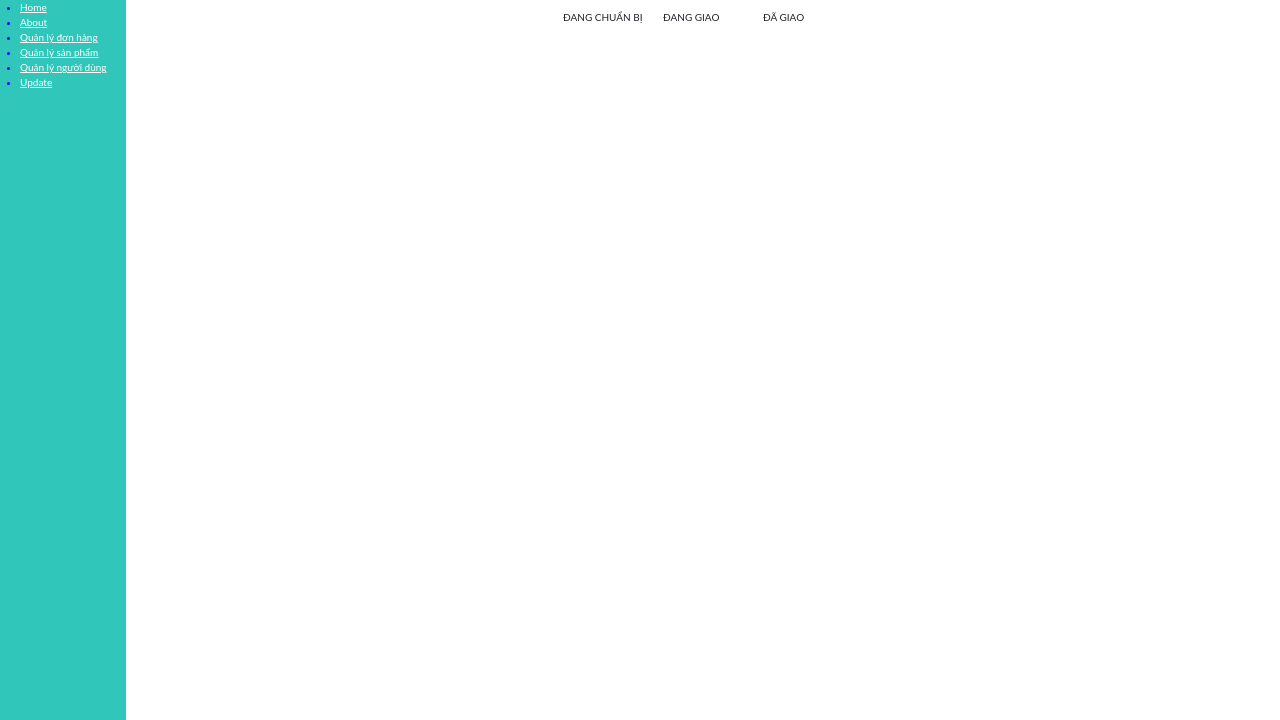
Repository: Hothidani/React
Page: /Order (app in exa/my-react-router-A/)
The author's editor kept a copy of each file at every save. The page is drawn from the files as they stood at one save, then again after the next save.
The browser window is 1280 px wide. The pictures show the whole page.
The project was rebuilt for these pictures with package versions that can differ from the ones it lists, and the page was loaded fresh each time. Also part of the build but not shown: exa/my-react-router-A/src/component/Navigation.js, exa/my-react-router-A/src/component/Home.js, exa/my-react-router-A/src/component/About.js, exa/my-react-router-A/src/component/Service.js, exa/my-react-router-A/src/component/Contact.js, exa/my-react-router-A/src/component/AllProduct.js, exa/my-react-router-A/src/component/Add.js, exa/my-react-router-A/src/QLuser.css and 1 more.

Above is the page before, as saved 2021-05-11 17:38:19.

### exa/my-react-router-A/public/index.html
<!DOCTYPE html>
<html lang="en">
  <head>
    <meta charset="utf-8" />
    <link rel="icon" href="%PUBLIC_URL%/favicon.ico" />
    <meta name="viewport" content="width=device-width, initial-scale=1" />
    <meta name="theme-color" content="#000000" />

    <meta
      name="description"
      content="Web site created using create-react-app"
    />
    <link rel="apple-touch-icon" href="%PUBLIC_URL%/logo192.png" />
    <!--
      manifest.json provides metadata used when your web app is installed on a
      user's mobile device or desktop. See https://developers.google.com/web/fundamentals/web-app-manifest/
    -->
    <link rel="manifest" href="%PUBLIC_URL%/manifest.json" />
    <link href="%PUBLIC_URL%/../../src/index.css">
    <link rel="stylesheet" href="https://maxcdn.bootstrapcdn.com/bootstrap/3.4.1/css/bootstrap.min.css">
    <script src="https://ajax.googleapis.com/ajax/libs/jquery/3.5.1/jquery.min.js"></script>
    <script src="https://maxcdn.bootstrapcdn.com/bootstrap/3.4.1/js/bootstrap.min.js"></script>
    <!--
      Notice the use of %PUBLIC_URL% in the tags above.
      It will be replaced with the URL of the `public` folder during the build.
      Only files inside the `public` folder can be referenced from the HTML.

      Unlike "/favicon.ico" or "favicon.ico", "%PUBLIC_URL%/favicon.ico" will
      work correctly both with client-side routing and a non-root public URL.
      Learn how to configure a non-root public URL by running `npm run build`.
    -->
    <title>React App</title>
  </head>
  <body>
    <noscript>You need to enable JavaScript to run this app.</noscript>
    <div id="root"></div>
    <!--
      This HTML file is a template.
      If you open it directly in the browser, you will see an empty page.

      You can add webfonts, meta tags, or analytics to this file.
      The build step will place the bundled scripts into the <body> tag.

      To begin the development, run `npm start` or `yarn start`.
      To create a production bundle, use `npm run build` or `yarn build`.
    -->
  </body>
</html>

### exa/my-react-router-A/src/index.js
import React from 'react';
import ReactDOM from 'react-dom';
import App from "./App";
// import AddForm from './App';
import reportWebVitals from './reportWebVitals';

ReactDOM.render(
  <React.StrictMode>
    <App></App>
  </React.StrictMode>,
  document.getElementById('root')
);

// If you want to start measuring performance in your app, pass a function
// to log results (for example: reportWebVitals(console.log))
// or send to an analytics endpoint. Learn more: https://bit.ly/CRA-vitals
reportWebVitals();

### exa/my-react-router-A/src/App.js
import React, { Component } from 'react';
import './App.css';
import './css.css';

import { BrowserRouter as Router, Route, NavLink, Link, Switch } from 'react-router-dom';
import Routers from './component/Routes';


const colorWord = { color: 'White' }
class App extends Component {
  render() {
    return (
      <Router>
{/* className="d-inline" */}
        <div className="a">
          <div className="nav-a" >
          <nav>
            <ul>
              <li ><Link to="/" style={colorWord}>Home</Link></li>
              <li ><Link to="/About" style={colorWord} >About</Link></li>
              <li > <Link to="/Order" style={colorWord}>Quản lý đơn hàng</Link></li>
              <li > <Link to="/AllProduct" style={colorWord}>Quản lý sản phẩm</Link></li>
              <li > <Link to="/User" style={colorWord}>Quản lý người dùng</Link></li>
              <li > <Link to="/Update" style={colorWord}>Update</Link></li>
            </ul>
          </nav>

          </div>
          <div className="nav-b" >
              <Switch>
                {this.showContentMenu(Routers)}
            </Switch>
          </div>
        </div>

      </Router>
    );

  }
  showContentMenu = (Routers) => {
    var result = null;
    if (Routers.length > 0) {
      result = Routers.map((route, index) => {
        return (

          <Route key={index} path={route.path} exact={route.exact} component={route.main} />
        );
      });
    }
    return result;
  }

}

export default App;

### exa/my-react-router-A/src/App.css
.App {
  text-align: center;
}

.nav-a{
  /* display: flex;
  justify-content: space-around; */
  /* align-items: center; */
  min-height: 10vh;
  width: 10%;
  height: 100vh;
  background: rgb(48, 199, 186);
  color:blue;
}
li{
  width: 100px;
}
.nav-b{
  margin: 10px;
  width: 90%;
}
/*
.nav-link{
  width: 50%;
  display: flex;
  align-items: center;
  justify-content: space-around;
  list-style: none;
  color: black;
} */

.a{
  display: flex;
}

/* .row{
  display: flex;
  align-items: center;
} */

### exa/my-react-router-A/src/css.css
* {
    padding: 0;
    margin: 0;
    border: none;
    font-family: 'Lato', sans-serif;
    box-sizing: border-box;
}

html {
    background-color: white;
    text-rendering: optimizeLegibility;
}

.clearfix::after {
    content: "";
    display: table;
    clear: both;
}

.form-control {
    border-radius: 40px;
    border-top-left-radius: 40px;
    border-top-right-radius: 40px;
    border-bottom-right-radius: 40px;
    border-bottom-left-radius: 40px;
}

.content-input {
    width: 500px;
    /* background: #00FFFF; */
}

.content-input-flex {
    display: flex;
    justify-content: space-between;
}

.content-input-footer {
    font-size: 18px;
    display: flex;
    justify-content: center;
}

.footer-logo {
    display: flex;
    justify-content: center;
}

input[class=form-control] {
    background: transparent;
    -webkit-border-radius: 20px;
    -moz-border-radius: 20px;
    border-radius: 20px;
    border: 1px solid none;
    color: #BB0000;
    width: 100%;
    padding-left: 10px;
}

input[class=form-control]:focus {
    outline: none;
    background: #99FFFF;
    border: 1px solid #2da8d9;
    color: #f33838;
}

input[class=form-control]:hover {
    background: #CCFFFF;
    border: 1px solid #2da8d9;
}

.content-input-wrap {
    border-radius: 10px;
    border: rgb(120, 199, 223);
    background-color: rgba(156, 212, 210, 0.4);
    position: relative;
    color: rgba(255, 255, 255, 0.2);
    /* box-shadow: 0px 20px 20px rgb(0 0 0 / 10%), 0px 30px 26px rgb(0 0 0 / 10%); */
}

.content-input-wrap h3 {
    font-weight: 300;
    color: #2da8d9;
}

.content-input-wrap .social {
    width: 100%;
}

.content-input-wrap .social a {
    width: 100%;
    display: block;
    border: 1px solid #00FFFF;
    color: rgba(243, 75, 9, 0.2);
    background: #99CCFF;
}

.content-input-wrap .social a:hover {
    background: rgba(214, 106, 5, 0.2);
    color: rgba(255, 255, 255, 0.2);
    border-color: #00FFFF;
}

.buttonn{
    display: flex;
    justify-content: space-around;
    align-items: center;
    min-width: 5%;

}

### exa/my-react-router-A/src/component/Routes.js
import React from 'react';
import {BrowserRouter as Router, Route} from 'react-router-dom';
import Navigation from './Navigation';
import Home from './Home'
import About from './About';
import Service from './Service';
import Contact from './Contact';
import AllProduct from './AllProduct';
import Update from './AllProduct';
import Add from './Add';
import User from './QLuser';
import Order from './QlOder';

const Routers = [
	{
		path : '/',
		exact : true,
		main : ()=> <Home />
	},
	{
		path : '/About',
		exact : true,
		main : ({match})=> <About match={match} />
	},
    {
		path : '/Contact',
		exact : true,
		main : ({match})=> <Contact match={match} />
	}
		,
		  {
			path : '/User',
			exact : true,
			main : ({match})=> <User match={match} />
		},
		{
		  path : '/AllProduct',
		  exact : true,
		  main : ({match})=> <AllProduct match={match} />
	  }
	  ,
	  {
		path : '/Add',
		exact : true,
		main : ({match})=> <Add match={match} />
	}
	,
	{
	  path : '/Update',
	  exact : true,
	  main : ({match})=> <Update match={match} />
  }
  ,
	{
	  path : '/Order',
	  exact : true,
	  main : ({match})=> <Order match={match} />
  }


]

export default Routers

### exa/my-react-router-A/src/component/QlOder.js
import React, { Component } from 'react';
import PropTypes from 'prop-types';
import '../QLOrder.css';
class Order extends Component {
    constructor(props) {
        super(props);

    }


    componentDidMount() {

    }


    render() {
        return (
            <div>
                <div className="content">
                    <ul className="content-a">
                        <li ><a >ĐANG CHUẨN BỊ </a></li>
                        <li><a >ĐANG GIAO</a></li>
                        <li><a >ĐÃ GIAO</a></li>
                    </ul>
                </div>
                <div className="clearfix" />
            </div>

        );
    }
}



export default Order;

### exa/my-react-router-A/src/QLOrder.css
.content{
    display: flex;
  align-items: center;
  justify-content: space-around;
  list-style: none;
}
.content-a  {
    display: flex;
  align-items: center;
  justify-content: space-around;
  list-style: none;
}

Loaded but not shown: exa/my-react-router-A/src/reportWebVitals.js (common file)

After the next save:
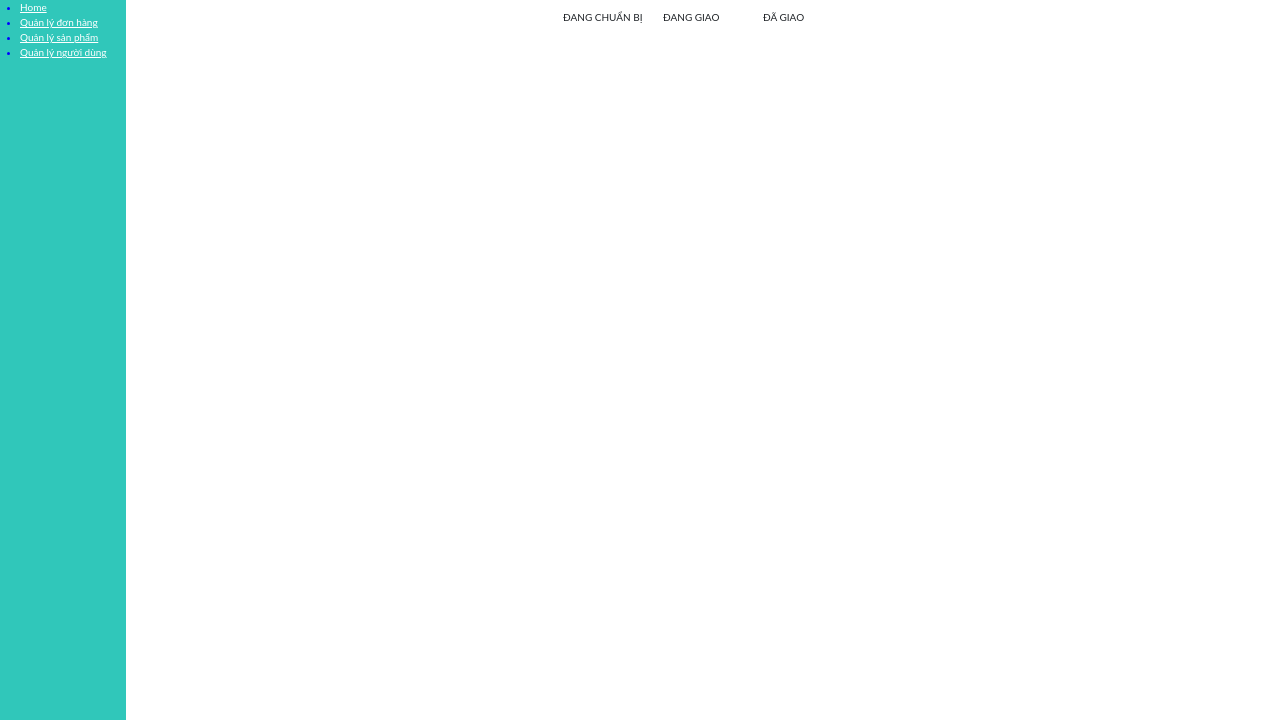
Saved 87 s later.
--- a/exa/my-react-router-A/src/App.js
+++ b/exa/my-react-router-A/src/App.js
@@ -17,11 +17,9 @@ class App extends Component {
           <nav>
             <ul>
               <li ><Link to="/" style={colorWord}>Home</Link></li>
-              <li ><Link to="/About" style={colorWord} >About</Link></li>
               <li > <Link to="/Order" style={colorWord}>Quản lý đơn hàng</Link></li>
               <li > <Link to="/AllProduct" style={colorWord}>Quản lý sản phẩm</Link></li>
               <li > <Link to="/User" style={colorWord}>Quản lý người dùng</Link></li>
-              <li > <Link to="/Update" style={colorWord}>Update</Link></li>
             </ul>
           </nav>
 
